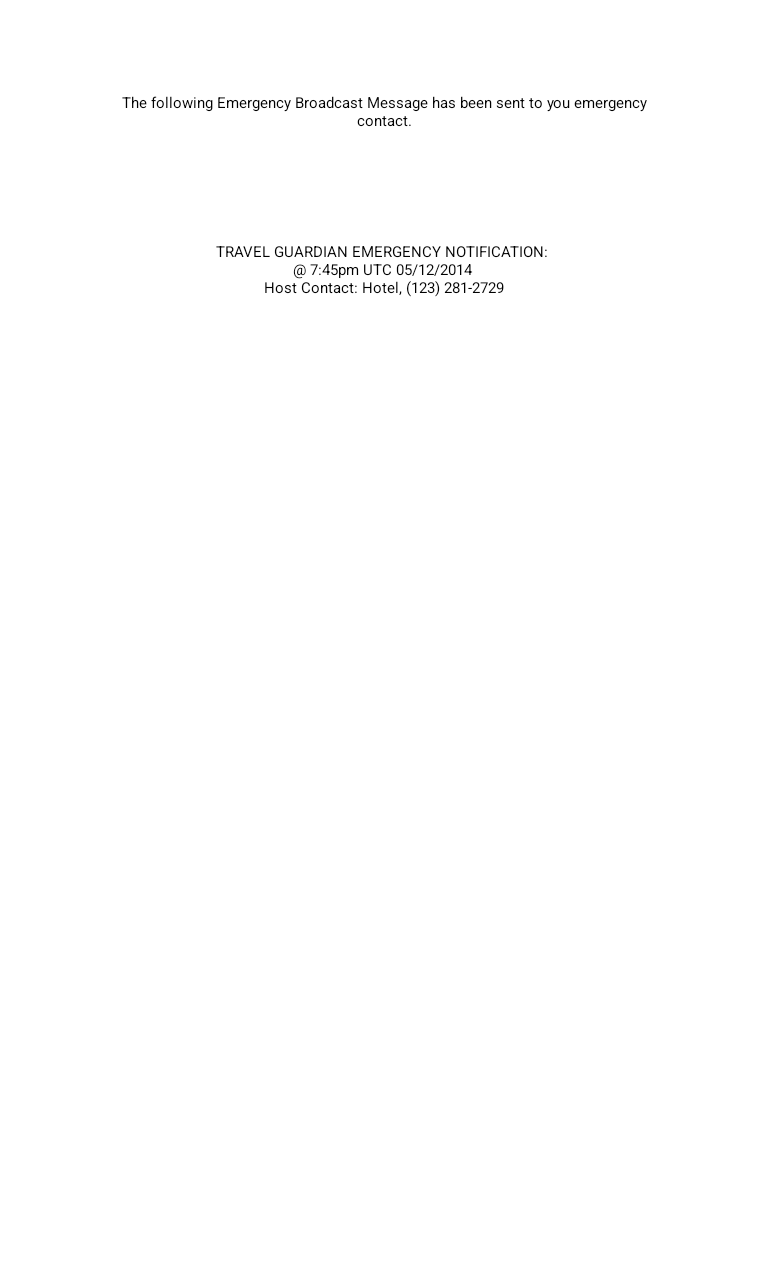
Repository: leo195162839/Test-Repo
Layout: TravelGuardian/res/layout/fragment_broadcast.xml
These files come from the project's save history. The layout is drawn as it stood at one moment and after the next save; the edit follows.
It is drawn on a 768 x 1280 px phone screen (xhdpi) without system bars, with theme Theme.Base.AppCompat; the app's code is not run.

Above is the layout before, as saved 2014-06-15 17:28:05.

### TravelGuardian/res/layout/fragment_broadcast.xml
<RelativeLayout xmlns:android="http://schemas.android.com/apk/res/android"
    xmlns:tools="http://schemas.android.com/tools"
    android:layout_width="match_parent"
    android:layout_height="match_parent"
    android:paddingBottom="@dimen/activity_vertical_margin"
    android:paddingLeft="@dimen/activity_horizontal_margin"
    android:paddingRight="@dimen/activity_horizontal_margin"
    android:paddingTop="@dimen/activity_vertical_margin"
    tools:context="com.cse4471.travelguardian.Broadcast$PlaceholderFragment" >

        <TextView
        android:id="@+id/SentNotification"
        android:layout_width="fill_parent"
        android:layout_height="wrap_content"
        android:gravity="center_horizontal"
        android:padding="30sp"
        android:text="@string/Sent_Notification" />

        <TextView
            android:id="@+id/BroadcastMessage"
            android:layout_width="fill_parent"
            android:layout_height="wrap_content"
            android:layout_alignLeft="@+id/SentNotification"
            android:layout_below="@+id/SentNotification"
            android:gravity="center_horizontal"
            android:paddingTop="25sp"
            android:text="@string/Broadcast_Message" />

</RelativeLayout>

### TravelGuardian/res/values/strings.xml
<?xml version="1.0" encoding="utf-8"?>
<resources>

    <string name="app_name">Travel Guardian</string>
    <string name="hello_world">Hello world!</string>
    <string name="action_settings">Settings</string>
    <string name="button_login">Login</string>
    <string name="title_activity_start">Travel Guardian</string>
    <string name="logged_in_as">Logged in as</string>
    <string name="username">name@domain.com</string>
    <string name="button_sign_out">Sign Out</string>
    <string name="button_start">Start a Trip</string>
    <string name="title_activity_data_entry">Travel Guardian: Start a Trip</string>
    <string name="textView_emergency_contacts">Who would you like to contact in the event of an emergency?</string>
    <string name="edit_contacts">Enter an email address</string>
    <string name="textView_destination">Where will you be traveling to?</string>
    <string name="edit_destination">Enter location name or coordinates</string>
    <string name="textView_host">What is your host contact?</string>
    <string name="edit_host">Enter hotel/host contact info</string>
    <string name="textView_pingFrequency">GPS Ping Frequency: 0 hour(s)</string>
    <string name="button_setDate">Set Return Date</string>
    <string name="button_setTime">Set Return Time</string>
    <string name="button_startTrip">Start Trip</string>
    <string name="count_time_left1">You have</string>
    <string name="count_time_left2">to check-out</string>
    <string name="button_checkout">Check-out</string>
    <string name="title_activity_count__time__left">Count_Time_Left</string>
    <string name="title_activity_checked_out">CheckedOut</string>
    <string name="title_activity_broadcast">Broadcast</string>
    <string name="Sent_Notification">The following Emergency Broadcast Message has been sent to you emergency contact.</string>
    <string name="Broadcast_Message">TRAVEL GUARDIAN EMERGENCY NOTIFICATION:

                                     \n@ 7:45pm UTC 05/12/2014
                                     \nHost Contact: Hotel, (123) 281-2729</string>

</resources>

Loaded but not shown: TravelGuardian/res/values/dimens.xml (common file); TravelGuardian/res/values-w820dp/dimens.xml (common file)

After the next save:
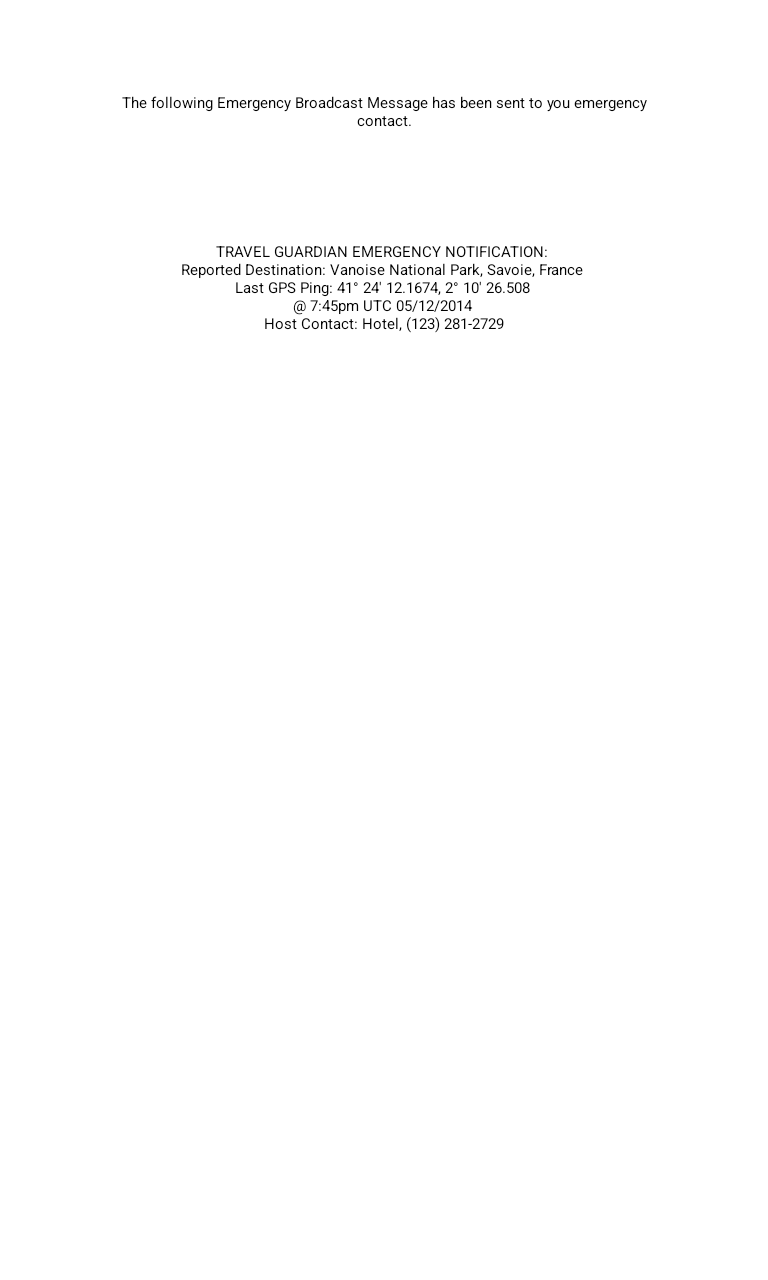
Saved 15 s later.
--- a/TravelGuardian/res/values/strings.xml
+++ b/TravelGuardian/res/values/strings.xml
@@ -30,6 +30,8 @@
     <string name="Sent_Notification">The following Emergency Broadcast Message has been sent to you emergency contact.</string>
     <string name="Broadcast_Message">TRAVEL GUARDIAN EMERGENCY NOTIFICATION:
 
+                                     \nReported Destination: Vanoise National Park, Savoie, France
+                                     \nLast GPS Ping: 41° 24' 12.1674", 2° 10' 26.508"
                                      \n@ 7:45pm UTC 05/12/2014
                                      \nHost Contact: Hotel, (123) 281-2729</string>
 
